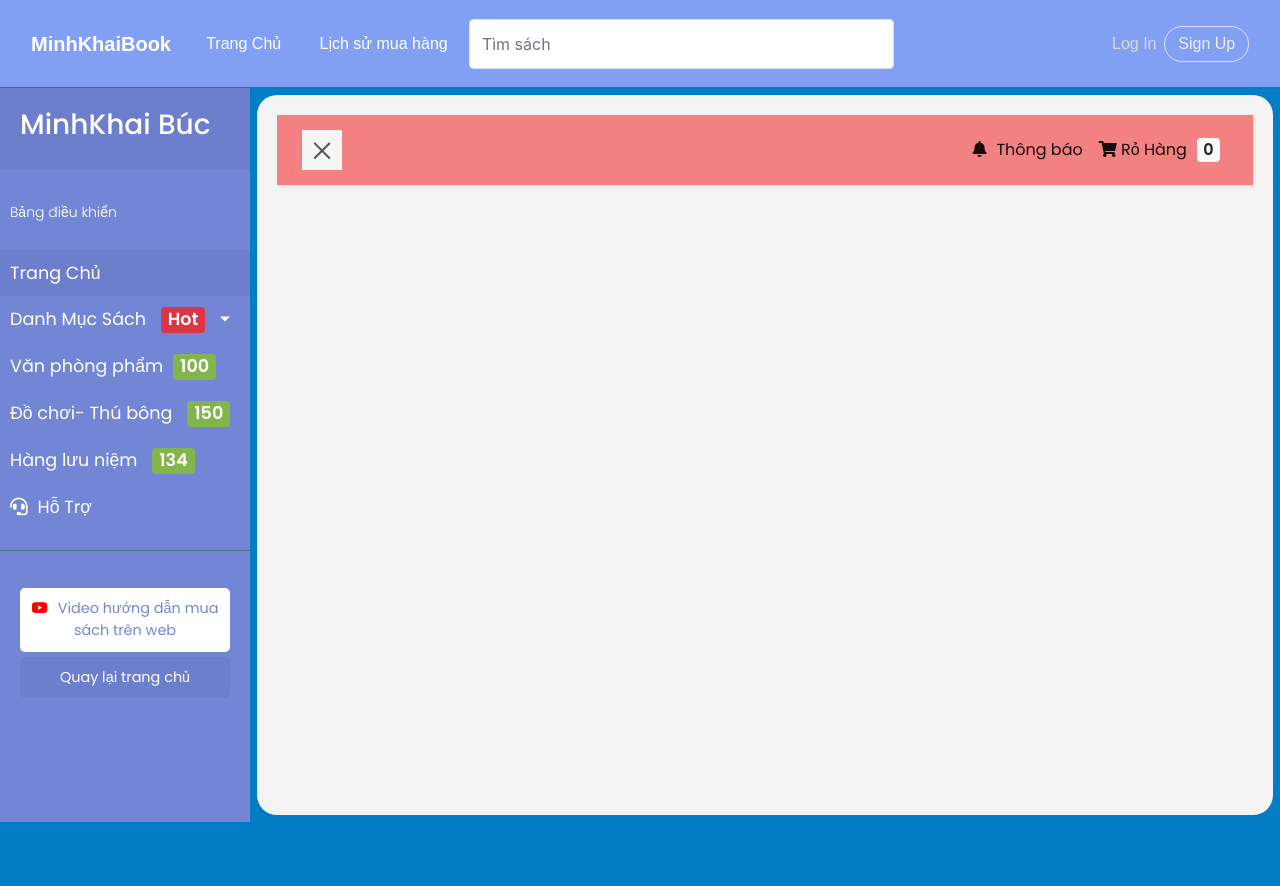
Repository: Chuong1928/Java_Web
Page: http://localhost/test1/SachController
An editor plug-in stored every save of this project. The page is shown before and after the next save, followed by the edit.
The browser window is 1280 px wide. The pictures show the whole page.
The page is served by Tomcat 9. Queries for data that is not in the repository find no rows.

Above is the page before, as saved 2020-11-19 15:49:34.
Console error: TypeError: $(...).mask is not a function

After the next save:
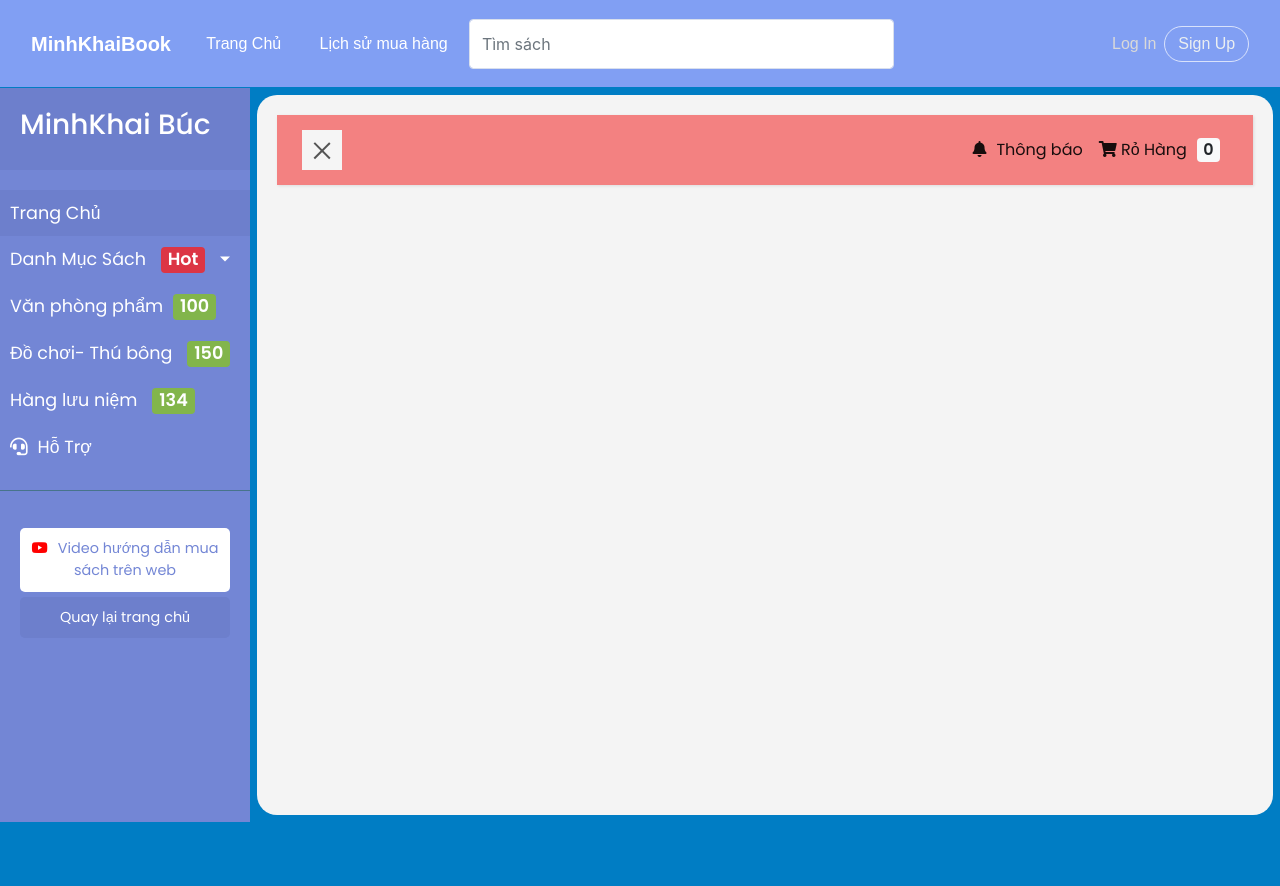
Saved 46 s later.
--- a/test1/WebContent/hahaha.jsp
+++ b/test1/WebContent/hahaha.jsp
@@ -120,7 +120,7 @@ response.setCharacterEncoding("utf-8");
             </div>
 
             <ul class="list-unstyled components">
-                <p>Bảng điều khiển</p>
+
                 <li  class="active"> <a href="hahaha.jsp" >Trang Chủ</a></li>
                 <li>
                     <a href="#homeSubmenu" data-toggle="collapse" aria-expanded="false" class="dropdown-toggle">Danh Mục Sách <span class="badge badge-pill badge-danger"style="margin-left: 10px;">Hot</span></a>
